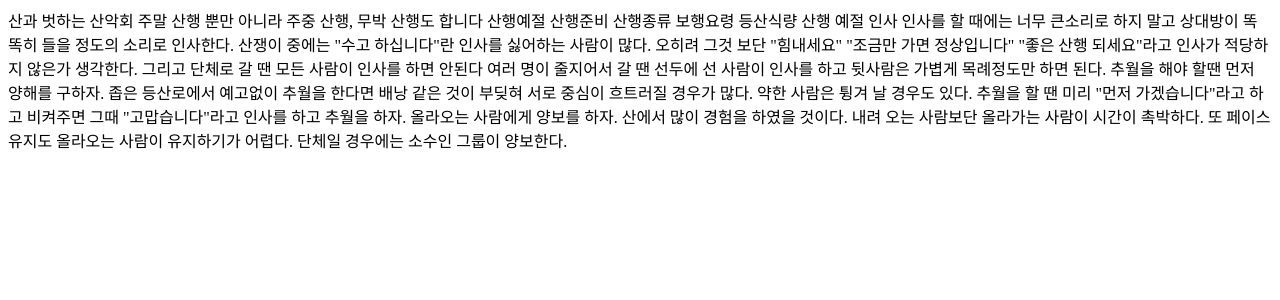
Repository: jinaa11/Kcc_Web
Page: Html/WebContent/sample1.html
The author's editor kept a copy of each file at every save. The page is drawn from the files as they stood at one save, then again after the next save.
The browser window is 1280 px wide. The pictures show the whole page.

Above is the page before, as saved 2024-07-08 06:45:48.

After the next save:
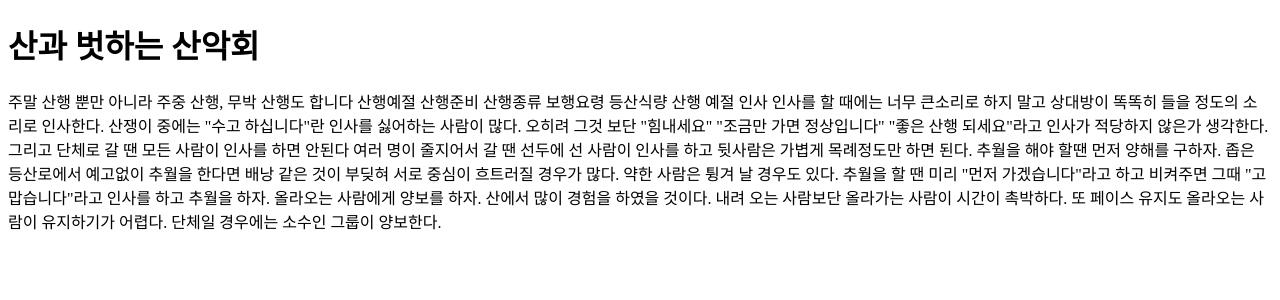
Saved 42 s later.
--- a/Html/WebContent/sample1.html
+++ b/Html/WebContent/sample1.html
@@ -5,7 +5,10 @@
 <title>Insert title here</title>
 </head>
 <body>
-산과 벗하는 산악회
+	<header>
+		<h1>산과 벗하는 산악회</h1>
+	</header>
+
 
 주말 산행 뿐만 아니라 주중 산행, 무박 산행도 합니다
 
